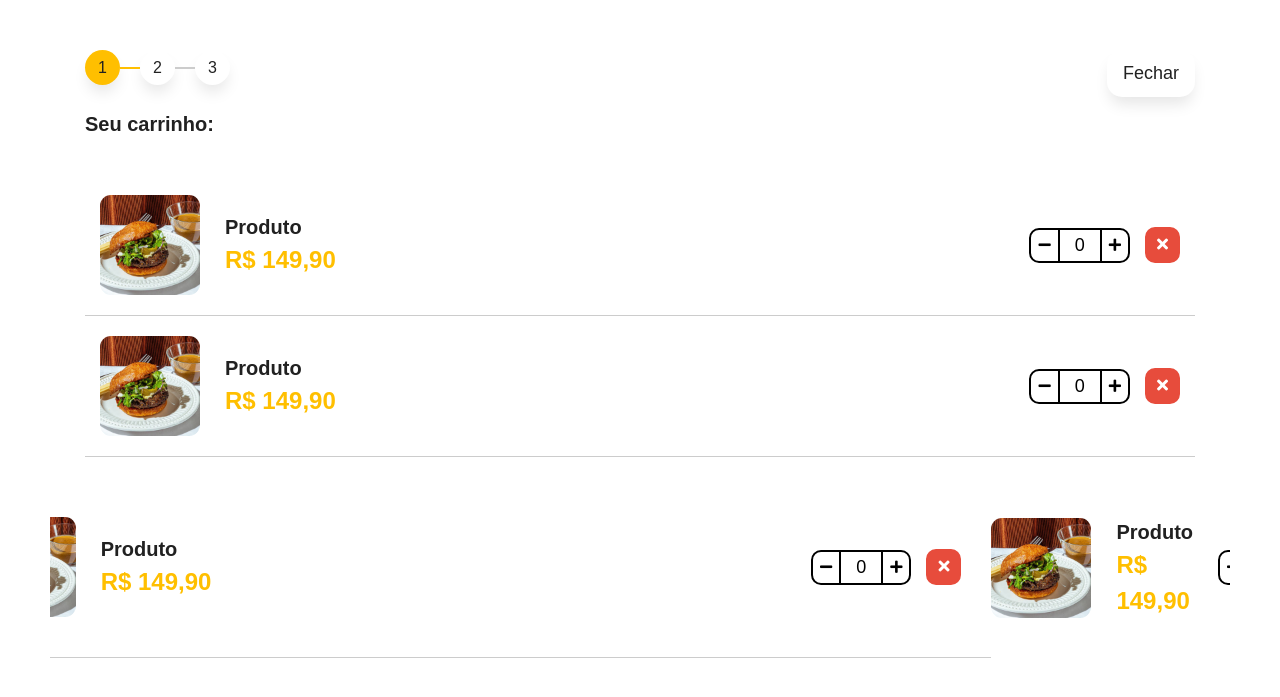
Repository: darkness318/restaraunt
Page: index.html
These files come from the project's save history. The page is drawn as it stood at one moment and after the next save; the edit follows.
The browser window is 1280 px wide. The pictures show the window.
A layer covers the whole window, so only the first screen is drawn. An inner scrolling area shows only its first screen.

Above is the page before, as saved 2024-10-01 10:36:13.

### index.html
<!DOCTYPE html>
<html lang="pt-br">
  <head>
    <meta charset="UTF-8" />
    <meta name="viewport" content="width=device-width, initial-scale=1.0" />
    <title>Restaurente - Seja bem vindo!</title>
    <link rel="stylesheet" href="./css/bootstrap.min.css" />
    <link rel="stylesheet" href="./css/fontawesome.css" />
    <link rel="stylesheet" href="./css/main.css" />
  </head>

  <body>
    <section class="header">
      <div class="container">
        <nav class="navbar navbar-expand-lg pl-0 pr-0">
          <a class="navbar-brand" href="#">
            <img src="./img/logo.png" width="160" class="img-logo" />
          </a>
          <button
            class="navbar-toggler"
            type="button"
            data-toggle="collapse"
            data-target="#navbarNavDropdown"
          >
            <span class="navbar-toggler-icon">
              <i class="fas fa-bars"></i>
            </span>
          </button>
          <div class="collapse navbar-collapse" id="navbarNavDropdown">
            <ul class="navbar-nav ml-auto mr-auto">
              <li class="nav-item">
                <a href="#reservas" class="nav-link"><b>Reservas</b></a>
              </li>
              <li class="nav-item">
                <a href="#servicos" class="nav-link"><b>Serviços</b></a>
              </li>
              <li class="nav-item">
                <a href="#cardapio" class="nav-link"><b>Cardápio</b></a>
              </li>
              <li class="nav-item">
                <a href="#depoimentos" class="nav-link"><b>Depoimentos</b></a>
              </li>
            </ul>
            <a class="btn btn-white btn-icon">
              Meu carrinho
              <span class="icon">
                <i class="fa fa-shopping-bag"></i>
              </span>
            </a>
          </div>
        </nav>
      </div>
    </section>

    <section class="banner">
      <div class="container">
        <div class="row">
          <div class="col-6">
            <div class="d-flex text-banner">
              <h1>
                <b>Escolha sua comida <b class="color-primary">favorita.</b></b>
              </h1>
              <p>
                Aproveite nosso cardápio! Escolha o que desejar e receba em sua
                casa de forma rápida e segura.
              </p>
              <div>
                <a class="btn btn-yellow mt-4 mr-3"> Ver Cardápio </a>
                <a href="#" class="btn btn-white btn-icon-left mt-4">
                  <span class="icon-left">
                    <i class="fa fa-phone"></i>
                  </span>
                  (66) 9 9999-8888
                </a>
              </div>
            </div>
            <a class="btn btn-sm btn-white btn-social mt-4 mr-3">
              <i class="fab fa-instagram"></i>
            </a>
            <a class="btn btn-sm btn-white btn-social mt-4 mr-3">
              <i class="fab fa-facebook-f"></i>
            </a>
            <a class="btn btn-sm btn-white btn-social mt-4">
              <i class="fab fa-whatsapp"></i>
            </a>
          </div>
          <div class="col-6">
            <div class="card-banner"></div>
            <div class="d-flex img-banner">
              <img src="./img/burguer.png" />
            </div>
            <div class="card card-case">
              "Entrega rápida e funcionários simpáticos.
              <br />A comida chegou quente e <br />
              muito saborosa!"
              <span class="card-case-name">
                <b>Thiago Lopes</b>
              </span>
            </div>
          </div>
        </div>
      </div>
    </section>
    <section class="servicos" id="servicos">
      <div class="background-servicos"></div>

      <div class="container">
        <div class="class row">
          <div class="col-12 text-center mb-5">
            <span class="hint-title"><b>Serviços</b></span>
            <h1 class="title">
              <b>Como são nossos serviços?</b>
            </h1>
          </div>

          <div class="col-4 mb-5">
            <div class="card-icon text-center">
              <img src="./img/icone-pedido.svg" width="150 " />
            </div>

            <div class="card-text text-center mt-3">
              <p><b>Fácil de pedir</b></p>
              <span>
                Você só precisa de alguns passos para pedir sua comida.
              </span>
            </div>
          </div>

          <div class="col-4 mb-5">
            <div class="card-icon text-center">
              <img src="./img/icone-delivery.svg" width="250 " />
            </div>

            <div class="card-text text-center mt-3">
              <p><b>Entrega Rápida</b></p>
              <span> Nossa entrega é sempre pontual, rápida e segura. </span>
            </div>
          </div>

          <div class="col-4 mb-5">
            <div class="card-icon text-center">
              <img src="./img/icone-qualidade.svg" width="250 " />
            </div>

            <div class="card-text text-center mt-3">
              <p><b>Melhor qualidade</b></p>
              <span>
                Não só a rapidez na entrega, a qualidade também é o nosso forte.
              </span>
            </div>
          </div>
        </div>
      </div>
    </section>
    <section class="cardapio" id="cardapio">
      <div class="background-cardapio"></div>

      <div class="container">
        <div class="row">
          <div class="col-12 text-center mb-5">
            <span class="hint-title"><b>Cardápio</b></span>
            <h1 class="title">
              <b>Conheça o nosso Cardápio</b>
            </h1>
          </div>

          <div class="col-12 container-menu">
            <a class="btn btn-white btn-sm mr-3">
              <i class="fas fa-hamburger"></i>&nbsp;Burgers
            </a>
            <a class="btn btn-white btn-sm mr-3">
              <i class="fas fa-pizza-slice"></i>&nbsp;Pizzas
            </a>
            <a class="btn btn-white btn-sm mr-3">
              <i class="fas fa-drumstick-bite"></i>&nbsp;Churrasco
            </a>
            <a class="btn btn-white btn-sm mr-3">
              <i class="fas fa-bacon"></i>&nbsp;Steaks
            </a>
            <a class="btn btn-white btn-sm mr-3">
              <i class="fas fa-cocktail"></i>&nbsp;Bebidas
            </a>
            <a class="btn btn-white btn-sm mr-3">
              <i class="fas fa-ice-cream"></i>&nbsp;Sobremesas
            </a>
          </div>

          <div class="col-12">
            <div class="row" id="itensCardapio">
              <div class="col-3 mb-5">
                <div class="card card-item">
                  <div class="img-produto">
                    <img
                      src="./img/cardapio/burguers/burger-au-poivre-kit-4-pack.3ca0e39b02db753304cd185638dad518.jpg"
                    />
                  </div>
                  <p class="title-produto text-center mt-4">
                    <b>Nome do produto muito grande</b>
                  </p>
                  <p class="price-produto text-center">
                    <b>R$ 154,90</b>
                  </p>

                  <div class="add-carrinho">
                    <span class="btn-menos"><i class="fas fa-minus"></i></span>
                    <span class="btn-numero-itens">0</span>
                    <span class="btn-mais"><i class="fas fa-plus"></i></span>
                    <span class="btn btn-add"
                      ><i class="fa fa-shopping-bag"></i
                    ></span>
                  </div>
                </div>
              </div>

              <div class="col-3 mb-5">
                <div class="card card-item">
                  <div class="img-produto">
                    <img
                      src="./img/cardapio/burguers/burger-au-poivre-kit-4-pack.3ca0e39b02db753304cd185638dad518.jpg"
                    />
                  </div>
                  <p class="title-produto text-center mt-4">
                    <b>Nome do produto muito grande</b>
                  </p>
                  <p class="price-produto text-center">
                    <b>R$ 154,90</b>
                  </p>

                  <div class="add-carrinho">
                    <span class="btn-menos"><i class="fas fa-minus"></i></span>
                    <span class="btn-numero-itens">0</span>
                    <span class="btn-mais"><i class="fas fa-plus"></i></span>
                    <span class="btn btn-add"
                      ><i class="fa fa-shopping-bag"></i
                    ></span>
                  </div>
                </div>
              </div>

              <div class="col-3 mb-5">
                <div class="card card-item">
                  <div class="img-produto">
                    <img
                      src="./img/cardapio/burguers/burger-au-poivre-kit-4-pack.3ca0e39b02db753304cd185638dad518.jpg"
                    />
                  </div>
                  <p class="title-produto text-center mt-4">
                    <b>Nome do produto muito grande</b>
                  </p>
                  <p class="price-produto text-center">
                    <b>R$ 154,90</b>
                  </p>

                  <div class="add-carrinho">
                    <span class="btn-menos"><i class="fas fa-minus"></i></span>
                    <span class="btn-numero-itens">0</span>
                    <span class="btn-mais"><i class="fas fa-plus"></i></span>
                    <span class="btn btn-add"
                      ><i class="fa fa-shopping-bag"></i
                    ></span>
                  </div>
                </div>
              </div>

              <div class="col-3 mb-5">
                <div class="card card-item">
                  <div class="img-produto">
                    <img
                      src="./img/cardapio/burguers/burger-au-poivre-kit-4-pack.3ca0e39b02db753304cd185638dad518.jpg"
                    />
                  </div>
                  <p class="title-produto text-center mt-4">
                    <b>Nome do produto muito grande</b>
                  </p>
                  <p class="price-produto text-center">
                    <b>R$ 154,90</b>
                  </p>

                  <div class="add-carrinho">
                    <span class="btn-menos"><i class="fas fa-minus"></i></span>
                    <span class="btn-numero-itens">0</span>
                    <span class="btn-mais"><i class="fas fa-plus"></i></span>
                    <span class="btn btn-add"
                      ><i class="fa fa-shopping-bag"></i
                    ></span>
                  </div>
                </div>
              </div>
            </div>
          </div>
          <div class="col-12 text-center">
            <a class="btn btn-white btn-sm">Ver mais</a>
          </div>
        </div>
      </div>
    </section>
    <section class="depoimentos" id="depoimentos">
      <div class="background-depoimentos"></div>
      <div class="container">
        <div class="row">
          <div class="col-5 text-center">
            <div class="card-depoimentos"></div>
            <div class="d-flex img-banner">
              <img src="./img/pizzas.png" />
            </div>
          </div>

          <div class="col-7">
            <span class="hint-title"><b>Depoimentos</b></span>
            <h1 class="title">
              <b>O que dizem sobre nós</b>
            </h1>
            <div class="mb-5">
              <div class="depoimento" id="depoimento-1">
                <div class="container-dados-depoimento">
                  <div class="imagem-depoimento"></div>
                  <div>
                    <p class="nome-depoimento"><b>Diego Pereira</b></p>
                    <p class="nota-depoimento">
                      <i class="fas fa-star"></i>
                      <i class="fas fa-star"></i>
                      <i class="fas fa-star"></i>
                      <i class="fas fa-star"></i>
                      <i class="fas fa-star-half-alt"></i>&nbsp;
                      <span>4.5</span>
                    </p>
                  </div>
                </div>
                <p class="texto-depoimento">
                  <i class="fas fa-quote-left"></i>
                  <span>
                    Muito bom, recomendo demais! Comida muito bem feita pelo
                    chefe, atendimento dentro dos parâmetros e boa comunicação
                    com o cliente.
                  </span>
                  <i class="fas fa-quote-right"></i>
                </p>
              </div>

              <div class="depoimento hidden" id="depoimento-2">
                <div class="container-dados-depoimento">
                  <div class="imagem-depoimento"></div>
                  <div>
                    <p class="nome-depoimento"><b>Ana Beatriz</b></p>
                    <p class="nota-depoimento">
                      <i class="fas fa-star"></i>
                      <i class="fas fa-star"></i>
                      <i class="fas fa-star"></i>
                      <i class="fas fa-star"></i>
                      <i class="fas fa-star"></i>&nbsp; <span>5.0</span>
                    </p>
                  </div>
                </div>
                <p class="texto-depoimento">
                  <i class="fas fa-quote-left"></i>
                  <span>
                    Um jantar perfeito do começo ao fim. Comida, experiência,
                    serviço... foi tão maravilhoso que fomos dois dias seguidos
                    - fato inédito para mim em uma viagem.
                  </span>
                  <i class="fas fa-quote-right"></i>
                </p>
              </div>

              <div class="depoimento hidden" id="depoimento-3">
                <div class="container-dados-depoimento">
                  <div class="imagem-depoimento"></div>
                  <div>
                    <p class="nome-depoimento"><b>João Guilherme</b></p>
                    <p class="nota-depoimento">
                      <i class="fas fa-star"></i>
                      <i class="fas fa-star"></i>
                      <i class="fas fa-star"></i>
                      <i class="fas fa-star"></i>
                      <i class="far fa-star"></i>&nbsp; <span>4.0</span>
                    </p>
                  </div>
                </div>
                <p class="texto-depoimento">
                  <i class="fas fa-quote-left"></i>
                  <span>
                    A comida estava excelente e o serviço gentil nos
                    surpreendeu! Dica: reserve umas 3 horas para ter uma
                    experiência incrível.
                  </span>
                  <i class="fas fa-quote-right"></i>
                </p>
              </div>
            </div>

            <a class="btn btn-sm btn-white btn-social mr-3 active">1</a>
            <a class="btn btn-sm btn-white btn-social mr-3">2</a>
            <a class="btn btn-sm btn-white btn-social">3</a>
          </div>
        </div>
      </div>
    </section>
    <section class="reserva" id="reserva">
      <div class="container">
        <div class="row">
          <div class="col-12">
            <div class="card-secondary">
              <div class="row">
                <div class="col-7">
                  <span class="hint-title"><b>Reserva</b></span>
                  <h1 class="title">
                    <b>Quer reservar um horário?</b>
                  </h1>
                  <p class="pr-5">
                    Mande uma mensagem clicando no botão abaixo
                    <br />
                    Reserve sua data e horário de forma simples e rápida.
                  </p>
                  <a class="btn btn-yellow mt-4"> Fazer reserva </a>
                </div>

                <div class="col-5">
                  <div class="card-reserva"></div>
                  <div class="d-flex img-banner">
                    <img src="./img/icone-reserva.svg" />
                  </div>
                </div>
              </div>
            </div>
          </div>
        </div>
      </div>
    </section>

    <section class="footer">
      <div class="container">
        <div class="row">
          <div class="col-3 container-logo-footer">
            <img class="logo-footer" src="./img/logo.png" />
          </div>

          <div class="col-6 container-texto-footer">
            <p class="mb-0">
              <b>Menu On-line</b> &copy; Todos os direitos reservados
            </p>
          </div>

          <div class="col-3 container-redes-footer">
            <a class="btn btn-sm btn-white btn-social mr-3">
              <i class="fab fa-instagram"></i>
            </a>
            <a class="btn btn-sm btn-white btn-social mr-3">
              <i class="fab fa-facebook-f"></i>
            </a>
            <a class="btn btn-sm btn-white btn-social">
              <i class="fab fa-whatsapp"></i>
            </a>
          </div>
        </div>
      </div>
    </section>

    <div class="modal-full" id="modalCarrinho">
      <div class="m-header">
        <div class="container">
          <a class="btn btn-white btn-sm float-right"> Fechar </a>

          <div class="etapas">
            <div class="etapa etapa1 active">1</div>
            <div class="etapa etapa2">2</div>
            <div class="etapa etapa3">3</div>
          </div>
          <p class="title-carrinho mt-4">
            <b id="lblTituloEtapa">Seu carrinho:</b>
          </p>
        </div>
      </div>

      <div class="m-body">
        <div class="container">
          <div id="itensCarrinho" class="row mr-0 ml-0">
            <div class="col-12 item-carrinho">
              <div class="img-produto">
                <img
                  src="./img/cardapio/burguers/burger-au-poivre-kit-4-pack.3ca0e39b02db753304cd185638dad518.jpg"
                />
              </div>
              <div class="dados-produto">
                <p class="title-produto"><b>Produto</b></p>
                <p class="price-produto"><b>R$ 149,90</b></p>
              </div>
              <div class="add-carrinho">
                <span class="btn-menos"><i class="fas fa-minus"></i></span>
                <span class="btn-numero-itens">0</span>
                <span class="btn-mais"><i class="fas fa-plus"></i></span>
                <span class="btn btn-remove"><i class="fa fa-times"></i></span>
              </div>
            </div>
            <!-- segundo item do carrinho   -->
            <div class="col-12 item-carrinho">
              <div class="img-produto">
                <img
                  src="./img/cardapio/burguers/burger-au-poivre-kit-4-pack.3ca0e39b02db753304cd185638dad518.jpg"
                />
              </div>
              <div class="dados-produto">
                <p class="title-produto"><b>Produto</b></p>
                <p class="price-produto"><b>R$ 149,90</b></p>
              </div>
              <div class="add-carrinho">
                <span class="btn-menos"><i class="fas fa-minus"></i></span>
                <span class="btn-numero-itens">0</span>
                <span class="btn-mais"><i class="fas fa-plus"></i></span>
                <span class="btn btn-remove"><i class="fa fa-times"></i></span>
              </div>
            </div>

            <div class="col-12 item-carrinho">
              <div class="col-12 item-carrinho">
                <div class="col-12 item-carrinho">/div>
              <div class="img-produto">
                <img
                  src="./img/cardapio/burguers/burger-au-poivre-kit-4-pack.3ca0e39b02db753304cd185638dad518.jpg"
                />
              </div>
              <div class="dados-produto">
                <p class="title-produto"><b>Produto</b></p>
                <p class="price-produto"><b>R$ 149,90</b></p>
              </div>
              <div class="add-carrinho">
                <span class="btn-menos"><i class="fas fa-minus"></i></span>
                <span class="btn-numero-itens">0</span>
                <span class="btn-mais"><i class="fas fa-plus"></i></span>
                <span class="btn btn-remove"><i class="fa fa-times"></i></span>
              </div>
            </div>
              </div>
              <div class="img-produto">
                <img
                  src="./img/cardapio/burguers/burger-au-poivre-kit-4-pack.3ca0e39b02db753304cd185638dad518.jpg"
                />
              </div>
              <div class="dados-produto">
                <p class="title-produto"><b>Produto</b></p>
                <p class="price-produto"><b>R$ 149,90</b></p>
              </div>
              <div class="add-carrinho">
                <span class="btn-menos"><i class="fas fa-minus"></i></span>
                <span class="btn-numero-itens">0</span>
                <span class="btn-mais"><i class="fas fa-plus"></i></span>
                <span class="btn btn-remove"><i class="fa fa-times"></i></span>
              </div>
            </div>
            </div>
              <div class="img-produto">
                <img
                  src="./img/cardapio/burguers/burger-au-poivre-kit-4-pack.3ca0e39b02db753304cd185638dad518.jpg"
                />
              </div>
              <div class="dados-produto">
                <p class="title-produto"><b>Produto</b></p>
                <p class="price-produto"><b>R$ 149,90</b></p>
              </div>
              <div class="add-carrinho">
                <span class="btn-menos"><i class="fas fa-minus"></i></span>
                <span class="btn-numero-itens">0</span>
                <span class="btn-mais"><i class="fas fa-plus"></i></span>
                <span class="btn btn-remove"><i class="fa fa-times"></i></span>
              </div>
            </div>
          </div>

          <div id="localEntrega" class="row mr-0 ml-0 hidden"></div>

          <div id="resumoCarrinho" class="row mr-0 ml-0 hidden"></div>
        </div>
      </div>

      <div class="m-footer">
        <div class="container">
          <div class="container-total text-right mb-4 ">
            <p class="mb-0">
              <span>Subtotal</span>
              <span id="lblSubtotal">R$ 103,00</span>
            </p>
            <p class="mb-0 texto-entrega">
              <span><i class="fas fa-motorcycle"></i>Entrega:</span>
              <span id="lblValorEntrega">R$ 5,00</span>
            </p>
            <p class="mb-0 texto-total"></p>
              <span><b>Total:</b></span>
              <span class="valor-total" id="lblValorTotal"><b>R$ 108,00</b></span>
            </p>
          </div>
          <a class="btn btn-yellow float-right" id="btnEtapaPedido">Continuar</a>
          <a class="btn btn-yellow float-right hidden" id="btnEtapaEndereco">Revisar Pediro</a>
          <a class="btn btn-yellow float-right hidden" id="btnEtapaResumo">EnviarPedido</a>
          <a class="btn btn-white float-right mr-3" id="btnEtapaResumo">Voltar</a>
        </div>
      </div>
    </div>

    <script type="text/javascript" src="./js/jquery-1.12.4.min.js"></script>
    <script type="text/javascript" src="./js/modernizr-3.5.0.min.js"></script>
    <script type="text/javascript" src="./js/bootstrap.min.js"></script>
    <script type="text/javascript" src="./js/popper.min.js"></script>
  </body>
</html>

Loaded but not shown: css/bootstrap.min.css (library); css/fontawesome.css (library); js/jquery-1.12.4.min.js (library); js/modernizr-3.5.0.min.js (library); js/bootstrap.min.js (library); js/popper.min.js (library); css/main.css (621 lines, source omitted)

After the next save:
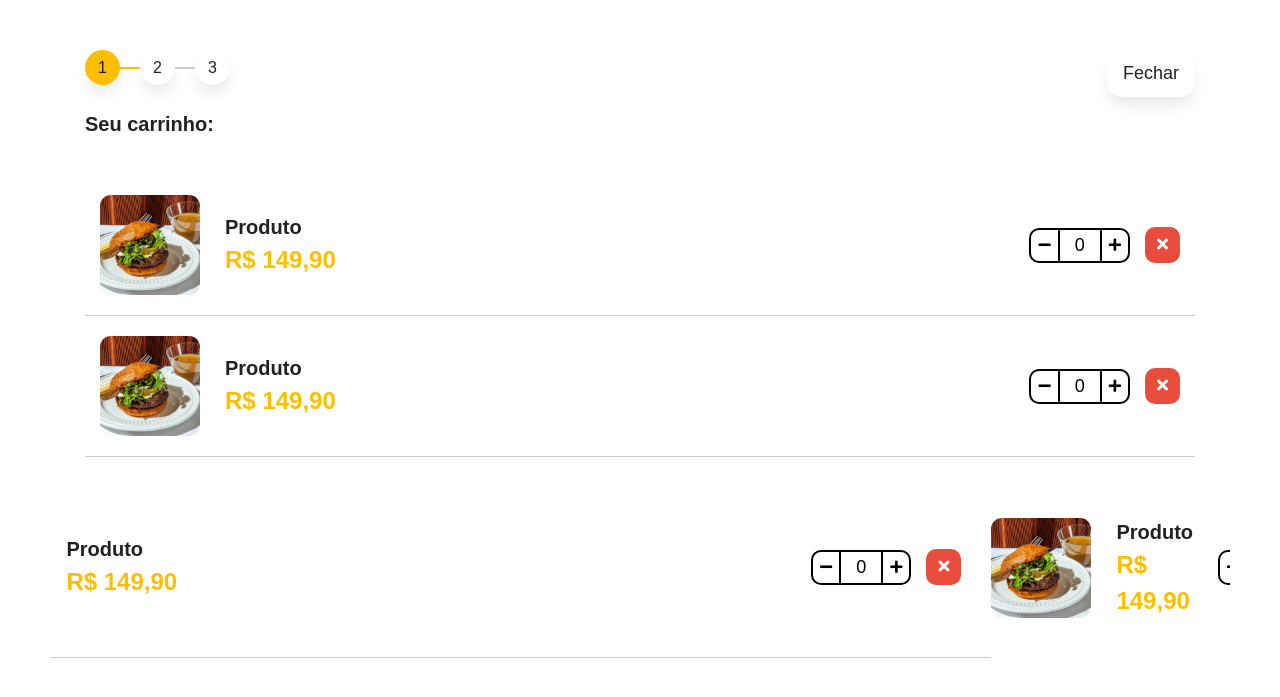
Saved 3 s later.
--- a/index.html
+++ b/index.html
@@ -512,7 +512,7 @@
 
             <div class="col-12 item-carrinho">
               <div class="col-12 item-carrinho">
-                <div class="col-12 item-carrinho">/div>
+                <div class="col-12 item-carrinho">
               <div class="img-produto">
                 <img
                   src="./img/cardapio/burguers/burger-au-poivre-kit-4-pack.3ca0e39b02db753304cd185638dad518.jpg"
